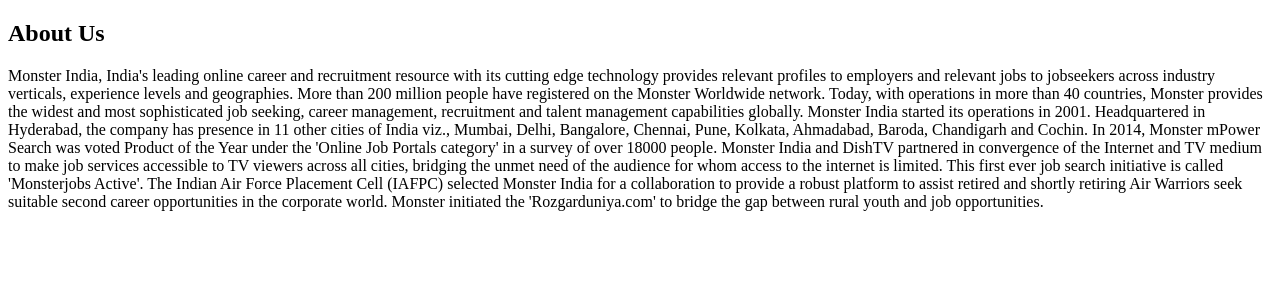
Repository: shailaja1601/collaborative_project
Page: CollabarationFrontEnd/WebContent/about/aboutUs.html
An editor plug-in stored every save of this project. The page is shown before and after the next save, followed by the edit.
The browser window is 1280 px wide. The pictures show the whole page.

Above is the page before, as saved 2017-02-07 16:53:54.

### CollabarationFrontEnd/WebContent/about/aboutUs.html
<!DOCTYPE html>
<html>
<head>
<meta charset="ISO-8859-1">
<title>Insert title here</title>
<style>

</style>
</head>
<body>
     <h2> About Us</h2>
<div>Monster India, India's leading online career and recruitment resource with its cutting edge technology provides relevant profiles to employers and relevant jobs to jobseekers across industry verticals, experience levels and geographies. More than 200 million people have registered on the Monster Worldwide network. Today, with operations in more than 40 countries, Monster provides the widest and most sophisticated job seeking, career management, recruitment and talent management capabilities globally. Monster India started its operations in 2001. Headquartered in Hyderabad, the company has presence in 11 other cities of India viz., Mumbai, Delhi, Bangalore, Chennai, Pune, Kolkata, Ahmadabad, Baroda, Chandigarh and Cochin.
In 2014, Monster mPower Search was voted Product of the Year under the 'Online Job Portals category' in a survey of over 18000 people. Monster India and DishTV partnered in convergence of the Internet and TV medium to make job services accessible to TV viewers across all cities, bridging the unmet need of the audience for whom access to the internet is limited. This first ever job search initiative is called 'Monsterjobs Active'.
The Indian Air Force Placement Cell (IAFPC) selected Monster India for a collaboration to provide a robust platform to assist retired and shortly retiring Air Warriors seek suitable second career opportunities in the corporate world. Monster initiated the 'Rozgarduniya.com' to bridge the gap between rural youth and job opportunities.
</div>
</body>
</html>

After the next save:
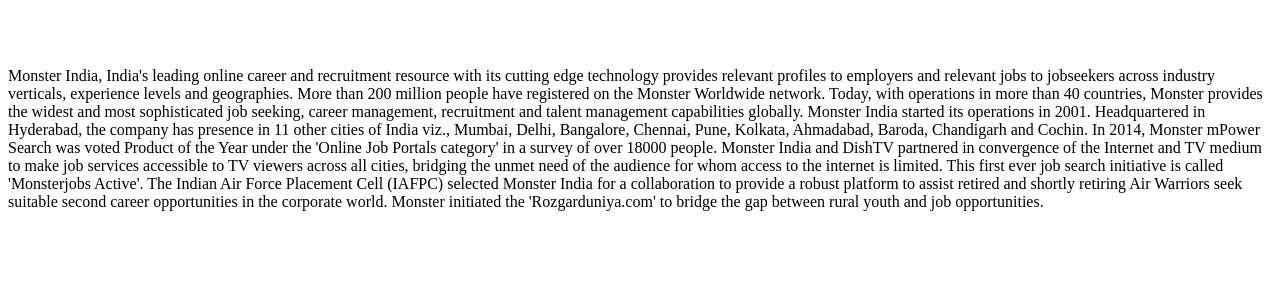
Saved 20 s later.
--- a/CollabarationFrontEnd/WebContent/about/aboutUs.html
+++ b/CollabarationFrontEnd/WebContent/about/aboutUs.html
@@ -8,7 +8,7 @@
 </style>
 </head>
 <body>
-     <h2> About Us</h2>
+     <h2 style="color:white"> About Us</h2>
 <div>Monster India, India's leading online career and recruitment resource with its cutting edge technology provides relevant profiles to employers and relevant jobs to jobseekers across industry verticals, experience levels and geographies. More than 200 million people have registered on the Monster Worldwide network. Today, with operations in more than 40 countries, Monster provides the widest and most sophisticated job seeking, career management, recruitment and talent management capabilities globally. Monster India started its operations in 2001. Headquartered in Hyderabad, the company has presence in 11 other cities of India viz., Mumbai, Delhi, Bangalore, Chennai, Pune, Kolkata, Ahmadabad, Baroda, Chandigarh and Cochin.
 In 2014, Monster mPower Search was voted Product of the Year under the 'Online Job Portals category' in a survey of over 18000 people. Monster India and DishTV partnered in convergence of the Internet and TV medium to make job services accessible to TV viewers across all cities, bridging the unmet need of the audience for whom access to the internet is limited. This first ever job search initiative is called 'Monsterjobs Active'.
 The Indian Air Force Placement Cell (IAFPC) selected Monster India for a collaboration to provide a robust platform to assist retired and shortly retiring Air Warriors seek suitable second career opportunities in the corporate world. Monster initiated the 'Rozgarduniya.com' to bridge the gap between rural youth and job opportunities.
